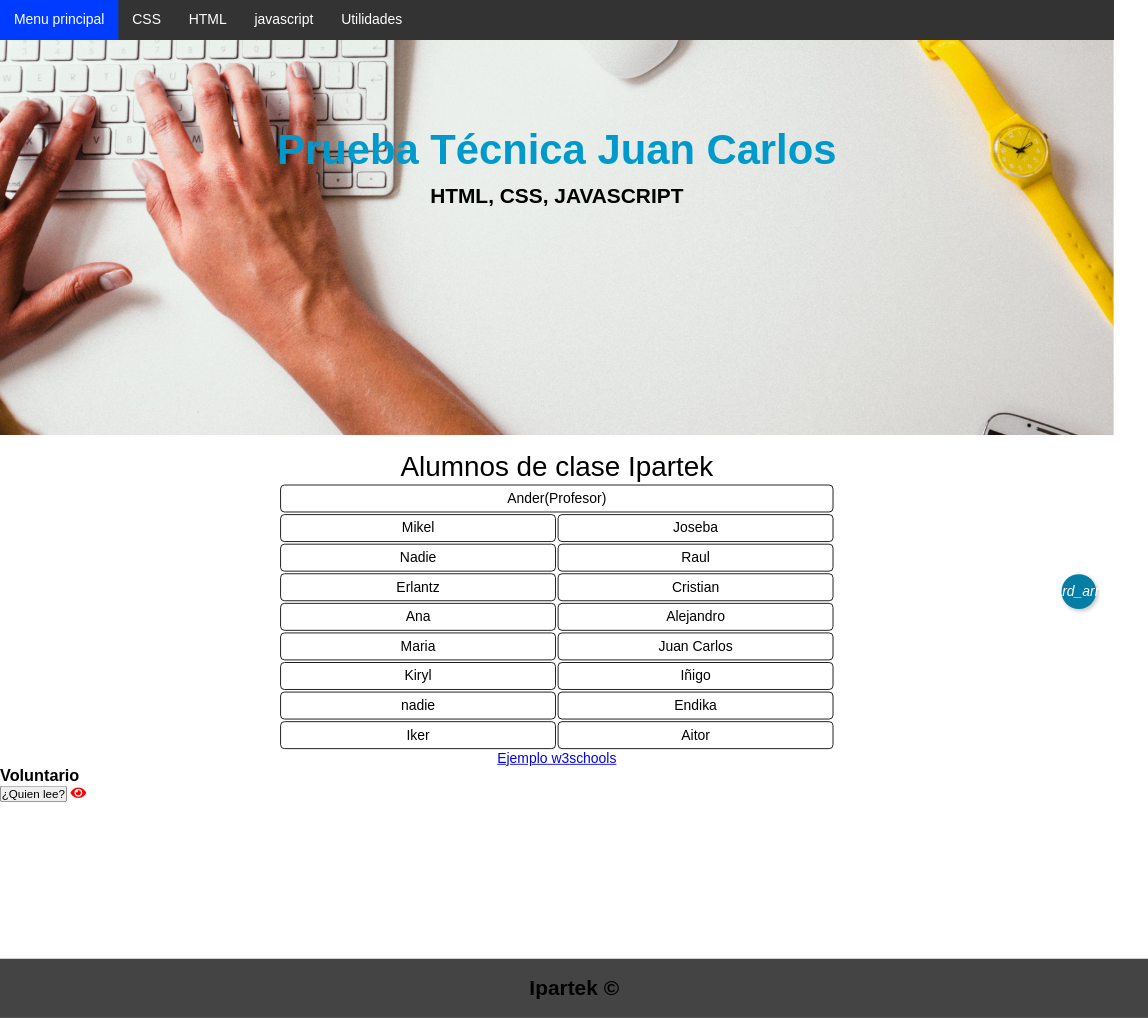
Repository: jcsanceledonio/java_2019_0396_2
Page: http://localhost/javaWebApp/
These files come from the project's save history. The page is drawn as it stood at one moment and after the next save; the edit follows.
The browser window is 1280 px wide. The page is 1320 px wide, so the pictures cover 1320 px, including what lies to the right of the window. The pictures show the whole page, at 87% of full size.
Backgrounds fixed to the window are drawn as part of the page. Some web libraries are served in a nearby version. The page is served by Tomcat 9. Other server files are loaded and not shown.

Above is the page before, as saved 2019-11-20 09:47:00.

### javaWebApp/src/main/webapp/index.jsp
<%String titulo = "HelloWeb | inicio";%>

<%@include file="includes/header.jsp" %>
<%@include file="includes/navigation.jsp" %>

 <div class="parallax">
        <h1>Prueba Técnica Juan Carlos</h1>
        <h2>HTML, CSS, JAVASCRIPT</h2>
    </div>

    <main>
        <br>
        <div class="tabla">
            <table>
                <caption>Alumnos de clase Ipartek</caption>

                <tr>
                    <td colspan="2">Ander(Profesor)</td>
                </tr>
                <tr>
                    <td>Mikel</td>
                    <td>Joseba</td>
                </tr>
                <tr>
                    <td>Nadie</td>
                    <td>Raul</td>
                </tr>
                <tr>
                    <td>Erlantz</td>
                    <td>Cristian</td>
                </tr>
                <tr>
                    <td>Ana</td>
                    <td>Alejandro</td>
                </tr>
                <tr>
                    <td>Maria</td>
                    <td>Juan Carlos</td>
                </tr>
                <tr>
                    <td>Kiryl</td>
                    <td>Iñigo</td>
                </tr>
                <tr>
                    <td>nadie</td>
                    <td>Endika</td>
                </tr>
                <tr>
                    <td>Iker</td>
                    <td>Aitor</td>
                </tr>

            </table>
            <a target="_blank" href="https://www.w3schools.com/html/tryit.asp?filename=tryhtml_table">Ejemplo
                w3schools</a>
        </div>
        <h3>Voluntario <span id="nombre"> </span></h3>
        <button onclick="buscarVoluntario()">¿Quien lee?</button>

         <i class="fas fa-eye"></i>

        <a id="btnUp" href="#"><i class="material-icons">
                keyboard_arrow_up
            </i></i></a>

    </main>

    <%@include file="includes/footer.jsp" %>

### javaWebApp/src/main/webapp/includes/header.jsp
<!DOCTYPE html> <!-- html5 -->
<html lang="es">

<head>
    <meta charset="UTF-8">
    <meta name="viewport" content="width=device-width, initial-scale=1.0">
    <meta http-equiv="X-UA-Compatible" content="ie=edge">
    <title><%=titulo%></title>
    <link href="https://fonts.googleapis.com/icon?family=Material+Icons" rel="stylesheet">
    <link rel="stylesheet" href="https://cdnjs.cloudflare.com/ajax/libs/font-awesome/5.11.2/css/all.css">

    <!-- <base href="/PruebaTecnica/"> -->
    <base href="/helloweb/">
    <!-- estilos -->
    <link rel="stylesheet" href="css/styles.css">

</head>

<body>

### javaWebApp/src/main/webapp/includes/navigation.jsp
 <header>
        <nav>
            <ul>
                <li><a href="#home">Menu principal</a></li>
                <li class="dropdown">
                    <a href="#" class="dropbtn">CSS</a>
                    <div class="dropdown-content">
                        <a href="ejemplos/css/animaciones.jsp">Animaciones</a>
                        <a href="ejemplos/css/basico.jsp">Basico</a>
                        <a href="ejemplos/css/especificidad.jsp">Especificidad</a>
                        <a href="ejemplos/css/avanzado.jsp">Avanzado</a>

                    </div>
                </li>
                <li class="dropdown">
                    <a href="#" class="dropbtn">HTML</a>
                    <div class="dropdown-content">
                        <a href="ejemplos/html/box-model.jsp">Visualizacion</a>
                        <a href="ejemplos/html/posicionamiento.jsp">Posicionamiento</a>
                        <a href="ejemplos/html/formulario.jsp">Formularios</a>
                        <a href="login.jsp">Login</a>
                    </div>
                </li>
                <li class="dropdown">
                    <a href="#" class="dropbtn">javascript</a>
                    <div class="dropdown-content">
                        <a href="ejemplos/js/game.jsp">Arkanoid</a>
                    </div>
                </li>
                <li class="dropdown">
                    <a href="#" class="dropbtn">Utilidades</a>
                    <div class="dropdown-content">
                        <a href="https://caniuse.com/">caniuse</a>
                    </div>
                </li>
            </ul>
        </nav>
    </header>

### javaWebApp/src/main/webapp/includes/footer.jsp
 <footer>
        <h2>Ipartek &copy</h2>
    </footer>

    <!-- javascript -->
    <script src="js/main.js"></script>
</body>

</html>

### javaWebApp/src/main/webapp/css/styles.css
/*
Hoja de estilos
esto es un comentario de bloque
@author: Juan Carlos
@version: 1.0
@tags: css, basic, etc...
@licencia mit
 */

* {
    margin: 0;
    padding: 0;
}

/*
orden CSS
1. Reset
2. @Keyframes
3. TODAS etiquetas estilos generales
4. Layouts
5. clases para reutilizar
6. cosas mas especificas como los ids
 */

body {
    font-size: 16px;
    font-family: Arial, Helvetica, sans-serif;
}

h1 {
    color: #0099CC;
    font-size: 3em;
    text-align: center;
}

h2 {
    text-align: center;
}

.tabla {
    background-color: white;
    text-align: center;
}

table {
    width: 50%;
    margin: auto;
}

table caption {
    font-size: 2em;
}

td {
    width: 50%;
    height: 30px;
    border: 1px solid #000;
    border-radius: 5px;
}

main {
    margin-bottom: 180px;
}

td:hover {
    background-color: rgb(24, 123, 236);
}

.fa-eye{
	color:red;

}

/* -------------------------------------- */

/* Formulario */

input[type="text"]:valid {
    color: green;
}

input[type="text"]:invalid {
    color: red;
}

/* /Fin formulario */

/* ----------------------------------------- */

.parallax {
    background-image: url(/helloweb/images/office.jpg);
    /* Create the parallax scrolling effect */
    height: 500px;
    background-attachment: fixed;
    background-position: center;
    background-repeat: no-repeat;
    background-size: cover;
}

.parallax h1 {
    padding-top: 3em;
}

.parallax h2 {
    padding-top: 0.5em;
}

nav {
    width: 100%;
    position: fixed;
}

nav ul {
    list-style-type: none;
    margin: 0;
    padding: 0;
    overflow: hidden;
    background-color: #333;
}

nav li {
    float: left;
}

nav li a, .dropbtn {
    display: inline-block;
    color: white;
    text-align: center;
    padding: 14px 16px;
    text-decoration: none;
}

nav li a:hover, .dropdown:hover .dropbtn {
    background-color: rgb(0, 60, 255);
}

nav li.dropdown {
    display: inline-block;
}

.dropdown-content {
    display: none;
    position: absolute;
    background-color: #f9f9f9;
    min-width: 160px;
    box-shadow: 0px 8px 16px 0px rgba(0, 0, 0, 0.2);
    z-index: 1;
}

.dropdown-content a {
    color: black;
    padding: 12px 16px;
    text-decoration: none;
    display: block;
    text-align: left;
}

.dropdown-content a:hover {
    background-color: #f1f1f1;
}

.dropdown:hover .dropdown-content {
    display: block;
}

footer {
    /*  position: fixed; */
    padding: 20px;
    bottom: 0;
    background-color: rgb(68, 68, 68);
    width: 100%;
}

#btnUp {
    width: 40px;
    height: 40px;
    display: flex;
    align-items: center;
    justify-content: center;
    background: rgb(5, 125, 165);
    border-radius: 50%;
    text-decoration: none;
    color: white;
    box-shadow: 2px 2px 5px rgba(0, 0, 0, 0.25);
    position: fixed;
    right: 20px;
    bottom: 20px;
    transition: background 0.25s;
}

#btnUp:active {
    background: rgb(4, 80, 105);
}

### javaWebApp/src/main/webapp/js/main.js
//Comentario de linea
/*
    Comentario de bloque
*/
/**
 *  Comentario de bloque para documentar
 */

console.trace('Esto es una traza de log');
console.info('Para informar de cosas');
var a = 2;
console.debug('La variable a=' + a);
//console.warn('alerta');
//console.error('Error en la conexion de al servidor');

function buscarVoluntario() {

    var personas = ["Juan", "Pepe", "Luis"];
    //console.trace('click buscaVoluntario');

    document.getElementById("nombre").innerHTML = personas[Math.floor(Math.random() * personas.length)];

    //document.getElementById('nombre').innerHTML = "Ander";
}

After the next save:
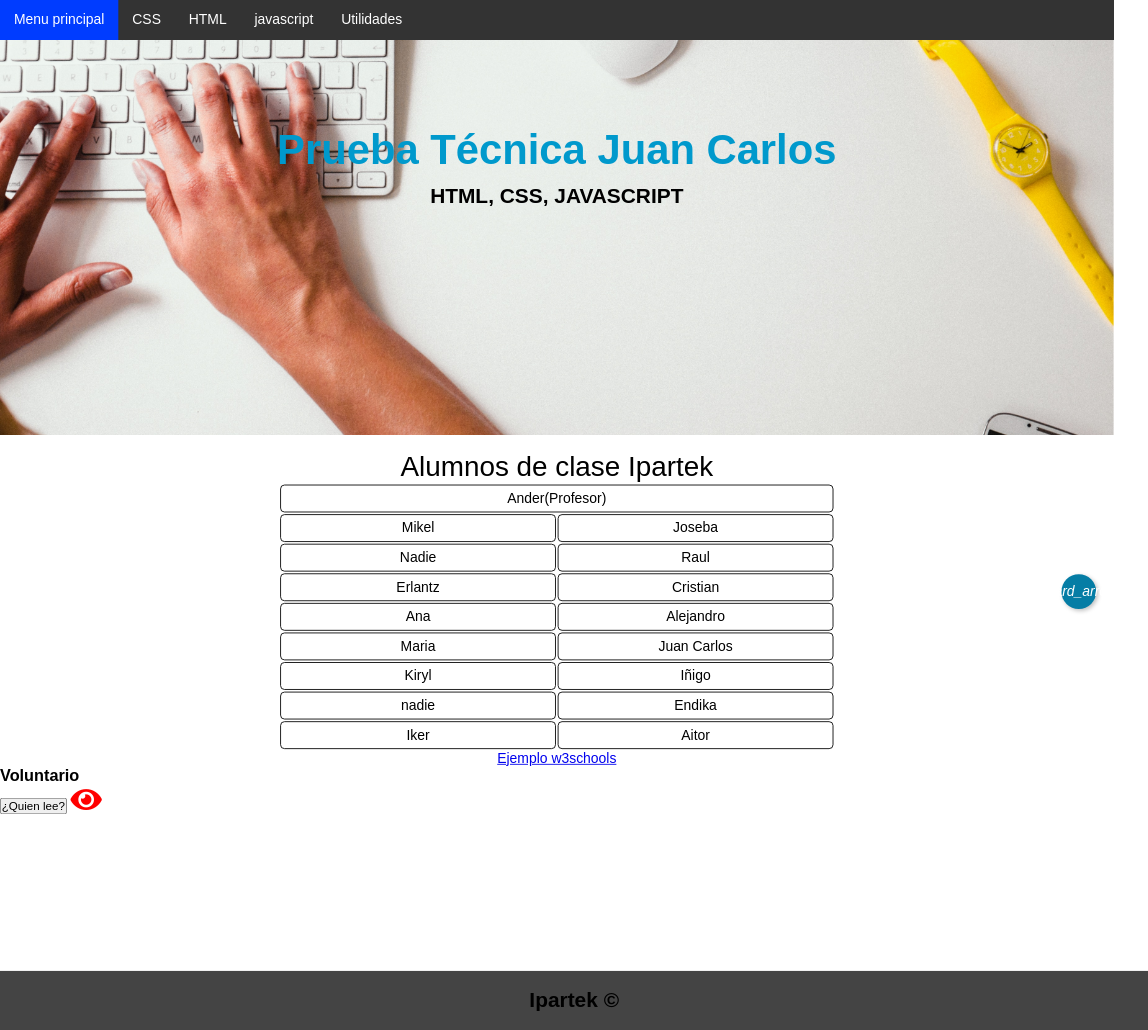
Saved 2 min 18 s later.
--- a/javaWebApp/src/main/webapp/index.jsp
+++ b/javaWebApp/src/main/webapp/index.jsp
@@ -57,7 +57,7 @@
         <h3>Voluntario <span id="nombre"> </span></h3>
         <button onclick="buscarVoluntario()">¿Quien lee?</button>
 
-         <i class="fas fa-eye"></i>
+         <i class="fas fa-eye fa-2x"></i>
 
         <a id="btnUp" href="#"><i class="material-icons">
                 keyboard_arrow_up
